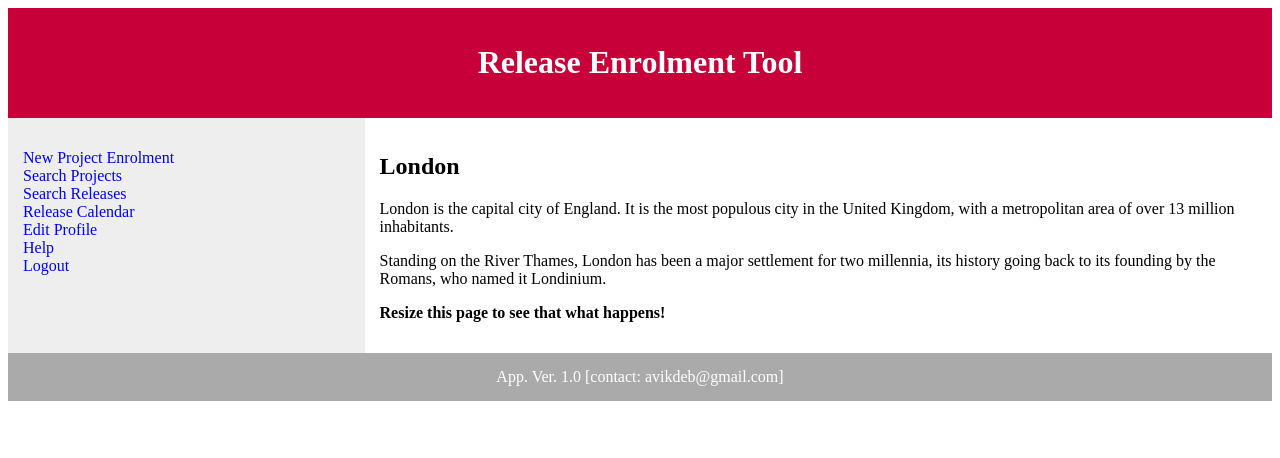
Repository: guribrar/enrolmentapp
Page: http://localhost/enrolmentapp/testlogin.jsp
The author's editor kept a copy of each file at every save. The page is drawn from the files as they stood at one save, then again after the next save.
The browser window is 1280 px wide. The pictures show the whole page.
The page is served by Tomcat 9. Other server files are loaded and not shown.

Above is the page before, as saved 2016-12-31 14:47:42.

### enrolmentapp/WebContent/testlogin.jsp
<%@ page language="java" contentType="text/html; charset=ISO-8859-1"
    pageEncoding="ISO-8859-1"%>

<%@ taglib uri="http://java.sun.com/jsp/jstl/sql" prefix="sql" %>
<%@ taglib uri="http://java.sun.com/jsp/jstl/core" prefix="c" %>

<!DOCTYPE html>
<html>
<head>
<style>
.flex-container {
    display: -webkit-flex;
    display: flex;
    -webkit-flex-flow: row wrap;
    flex-flow: row wrap;
    text-align: center;
}

.flex-container > * {
    padding: 15px;
    -webkit-flex: 1 100%;
    flex: 1 100%;
}

.content {
    text-align: left;
}

header {background: #C70039;color:white;}
footer {background: #aaa;color:white;}
.nav {background:#eee;}

.nav ul {
    list-style-type: none;
    padding: 0;
}
.nav ul a {
    text-decoration: none;
}

@media all and (min-width: 768px) {
    .nav {text-align:left;-webkit-flex: 1 auto;flex:1 auto;-webkit-order:1;order:1;}
    .content {-webkit-flex:5 0px;flex:5 0px;-webkit-order:2;order:2;}
    footer {-webkit-order:3;order:3;}
}
</style>
</head>
<body>

<div class="flex-container">
<header>
  <h1>Release Enrolment Tool</h1>
</header>

<nav class="nav">
<ul>
  <li><a href="#">New Project Enrolment</a></li>
  <li><a href="#">Search Projects</a></li>
  <li><a href="#">Search Releases</a></li>
  <li><a href="#">Release Calendar</a></li>
  <li><a href="#">Edit Profile</a></li>
  <li><a href="#">Help</a></li>
  <li><a href="#">Logout</a></li>
</ul>
</nav>

<article class="content">
  <h1>London</h1>
  <p>London is the capital city of England. It is the most populous city in the United Kingdom,
  with a metropolitan area of over 13 million inhabitants.</p>
  <p>Standing on the River Thames, London has been a major settlement for two millennia,
  its history going back to its founding by the Romans, who named it Londinium.</p>
  <p><strong>Resize this page to see that what happens!</strong></p>
</article>

<footer>App. Ver. 1.0 [contact: avikdeb@gmail.com]</footer>
</div>

</body>
</html>

After the next save:
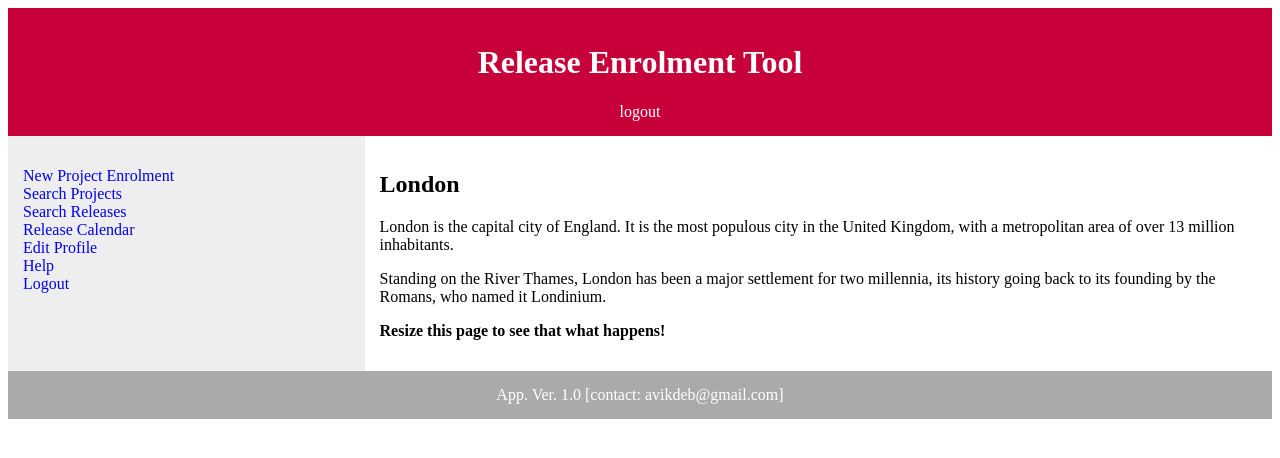
Saved 17 s later.
--- a/enrolmentapp/WebContent/testlogin.jsp
+++ b/enrolmentapp/WebContent/testlogin.jsp
@@ -50,6 +50,7 @@
 <div class="flex-container">
 <header>
   <h1>Release Enrolment Tool</h1>
+  logout
 </header>
 
 <nav class="nav">

After the save that followed:
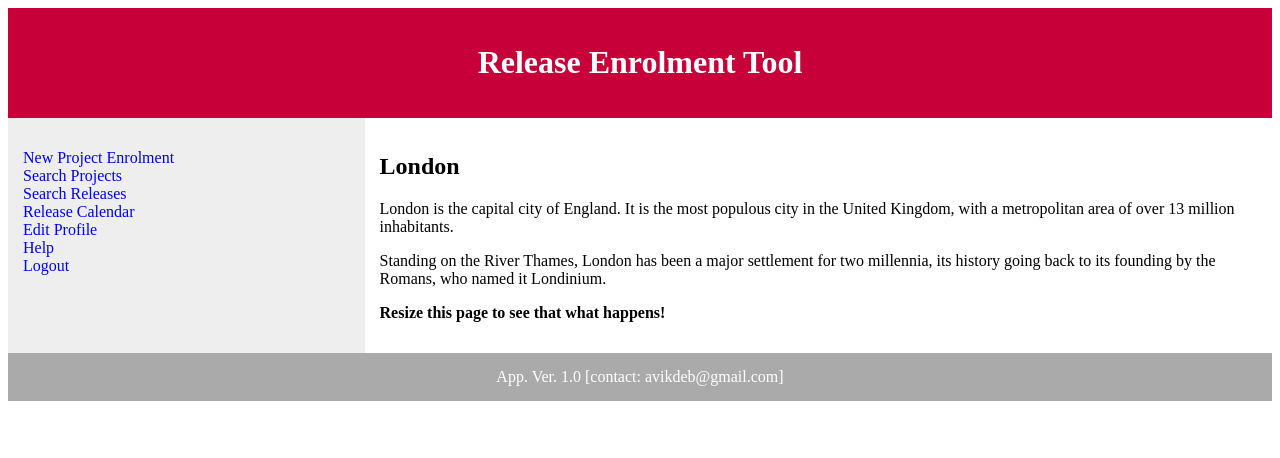
Saved 103 s later.
--- a/enrolmentapp/WebContent/testlogin.jsp
+++ b/enrolmentapp/WebContent/testlogin.jsp
@@ -50,7 +50,6 @@
 <div class="flex-container">
 <header>
   <h1>Release Enrolment Tool</h1>
-  logout
 </header>
 
 <nav class="nav">
